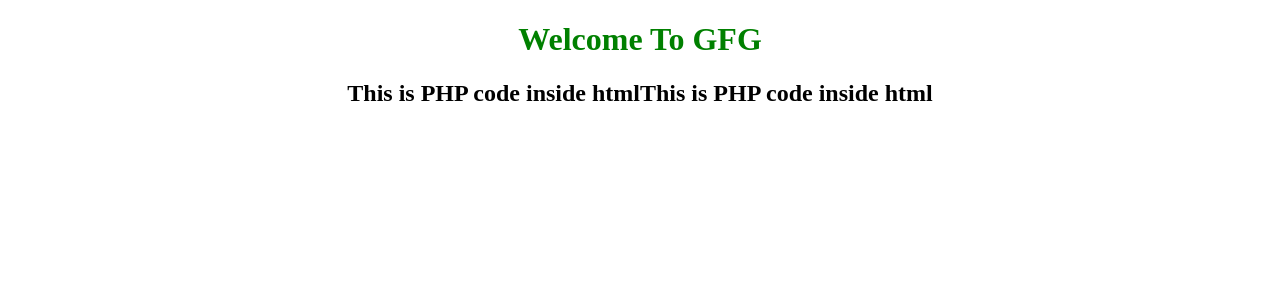
Repository: Akhilanishith/phpprojectgh
Page: http://localhost/example1.php
An editor plug-in stored every save of this project. The page is shown before and after a run of saves, followed by the edit.
The browser window is 1280 px wide. The pictures show the whole page.
The page is run by PHP 8.4 with error messages shown; the project is at /var/www/html/.

Above is the page before, as saved 2022-12-14 11:06:38.

After the next 2 saves:
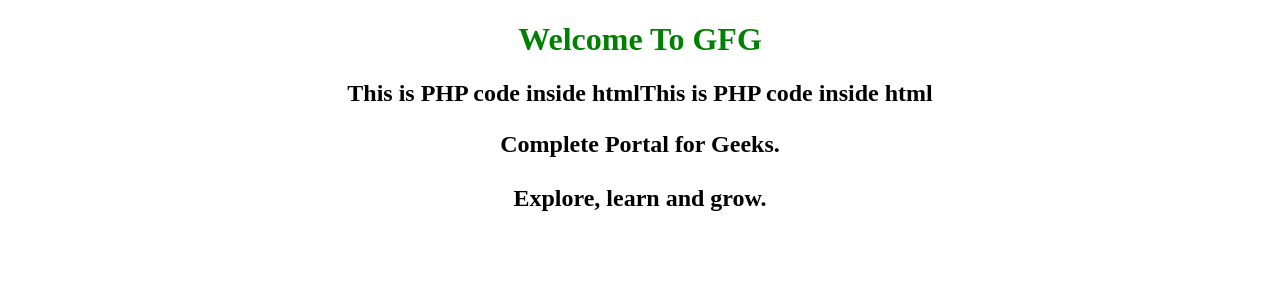
The 2 saves are shown as one change because they came seconds apart.
The last was saved 3 min 41 s later.
--- a/example1.php
+++ b/example1.php
@@ -20,6 +20,16 @@
             echo "This is PHP code inside html";
 
             ?>
+
+        <p>
+<?php
+echo "Complete <strong>Portal</strong> for Geeks."
+?>
+        <br><br>
+        <?php
+        echo 'Explore, learn and grow.'
+        ?>
+        </p>
         </h2>
     </center>
 </body>
